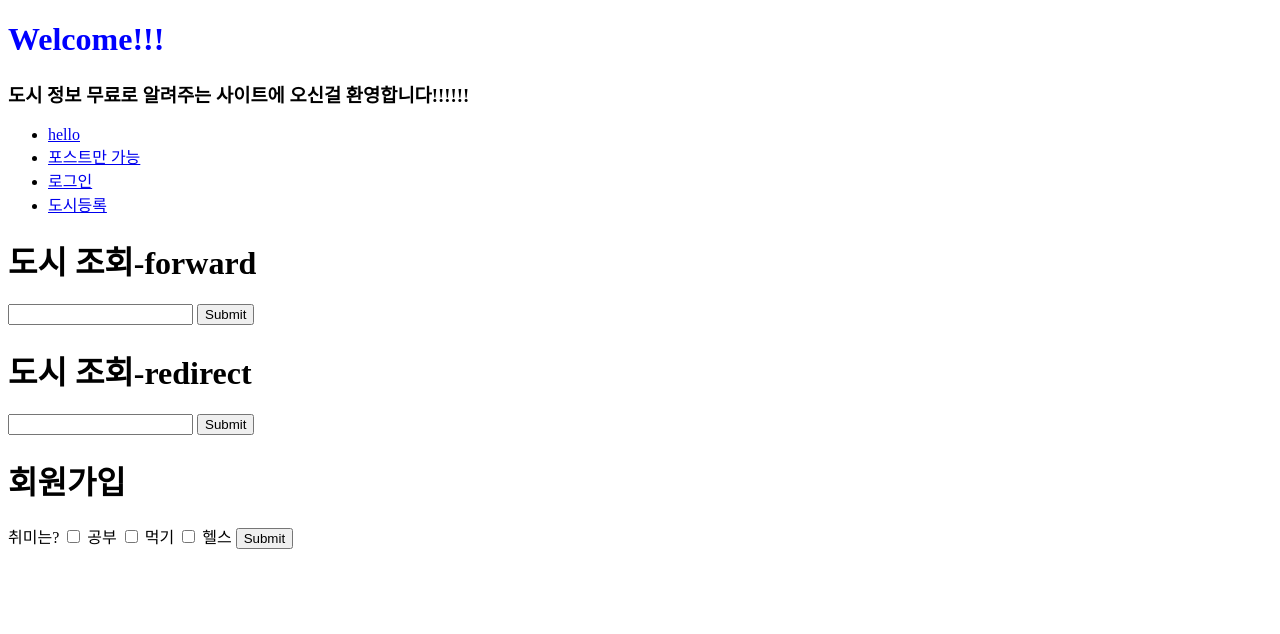
Repository: roadtofuture/woorifisa_java
Page: http://localhost/jpa_2/WEB-INF/view/index.jsp
An editor plug-in stored every save of this project. The page is shown before and after the next save, followed by the edit.
The browser window is 1280 px wide. The pictures show the whole page.
The page is served by Tomcat 10. Nobody is signed in. Other server files are loaded and not shown. The template is opened directly, without the code that normally fills it, so the values that code supplies are empty.

Above is the page before, as saved 2023-06-23 07:36:29.

### jpa_2/src/main/webapp/WEB-INF/view/index.jsp
<%@ page language="java" contentType="text/html; charset=UTF-8"
	pageEncoding="UTF-8"%>
<!DOCTYPE html>
<html>
<head>
<meta charset="UTF-8">
<title>Hello</title>
<link rel="stylesheet" href="/common.css">
</head>
<body>
	<h1 id="title">Welcome!!!</h1>
	<h3>도시 정보 무료로 알려주는 사이트에 오신걸 환영합니다!!!!!!</h3>
	<ul>
		<li><a href="/hello?name=hong">hello</a></li>
		<li><a href="/onlypost">포스트만 가능</a></li>
		<li><a href="/user/login">로그인</a></li>
		<li><a href="/city/regist">도시등록</a></li>
	</ul>

	<h1>도시 조회-forward</h1>
	<form method="get" action="/city/select">
		<input type="text" name="no"> <input type="submit">
	</form>
	<h1>도시 조회-redirect</h1>
	<form method="get" action="/city/select2">
		<input type="text" name="no"> <input type="submit">
	</form>

	<h1>회원가입</h1>
	<form action="/user/join" method="post">
	<label>취미는?</label>
		<input type = "checkbox" name = "hobby" value = "study" id = "study">
		<label for = "study">공부</label>
		<input type = "checkbox" name = "hobby" value = "eat" id = "eat">
		<label for = "study">먹기</label>
		<input type = "checkbox" name = "hobby" value = "health" id = "health">
		<label for = "study">헬스</label>
		<input type="submit">
	</form>
</body>
</html>

### jpa_2/src/main/resources/static/common.css
#title {
	color: blue
}

After the next save:
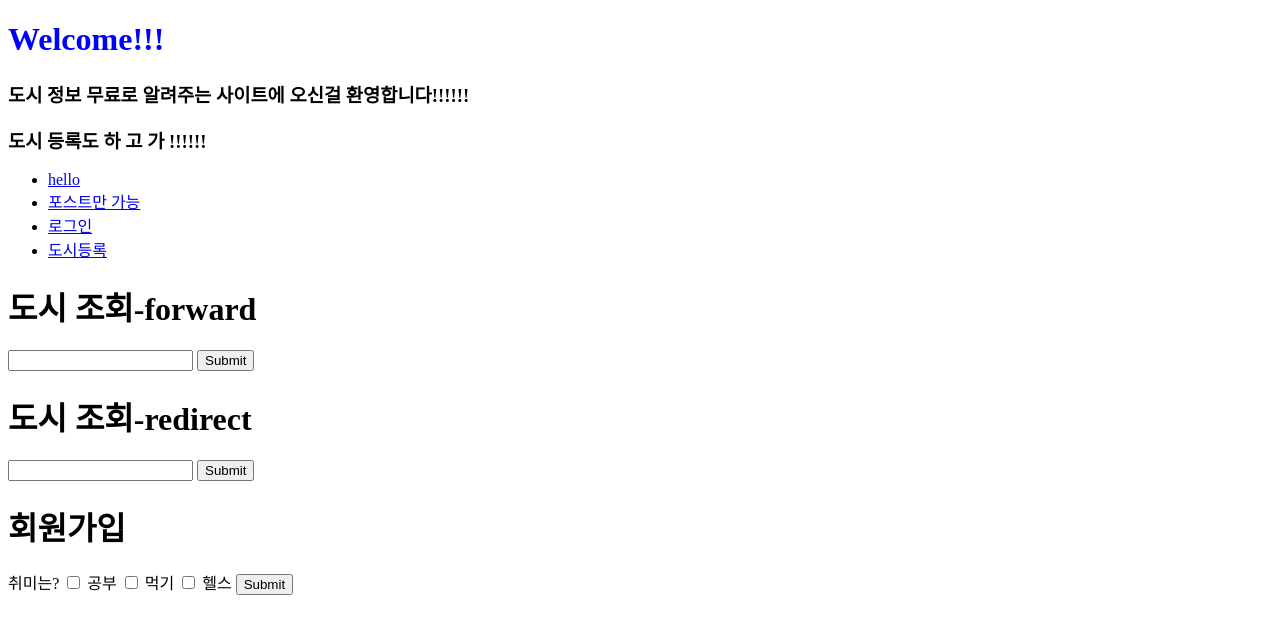
Saved 67 s later.
--- a/jpa_2/src/main/webapp/WEB-INF/view/index.jsp
+++ b/jpa_2/src/main/webapp/WEB-INF/view/index.jsp
@@ -10,6 +10,7 @@
 <body>
 	<h1 id="title">Welcome!!!</h1>
 	<h3>도시 정보 무료로 알려주는 사이트에 오신걸 환영합니다!!!!!!</h3>
+	<h3>도시 등록도 하 고 가 !!!!!!</h3>
 	<ul>
 		<li><a href="/hello?name=hong">hello</a></li>
 		<li><a href="/onlypost">포스트만 가능</a></li>
